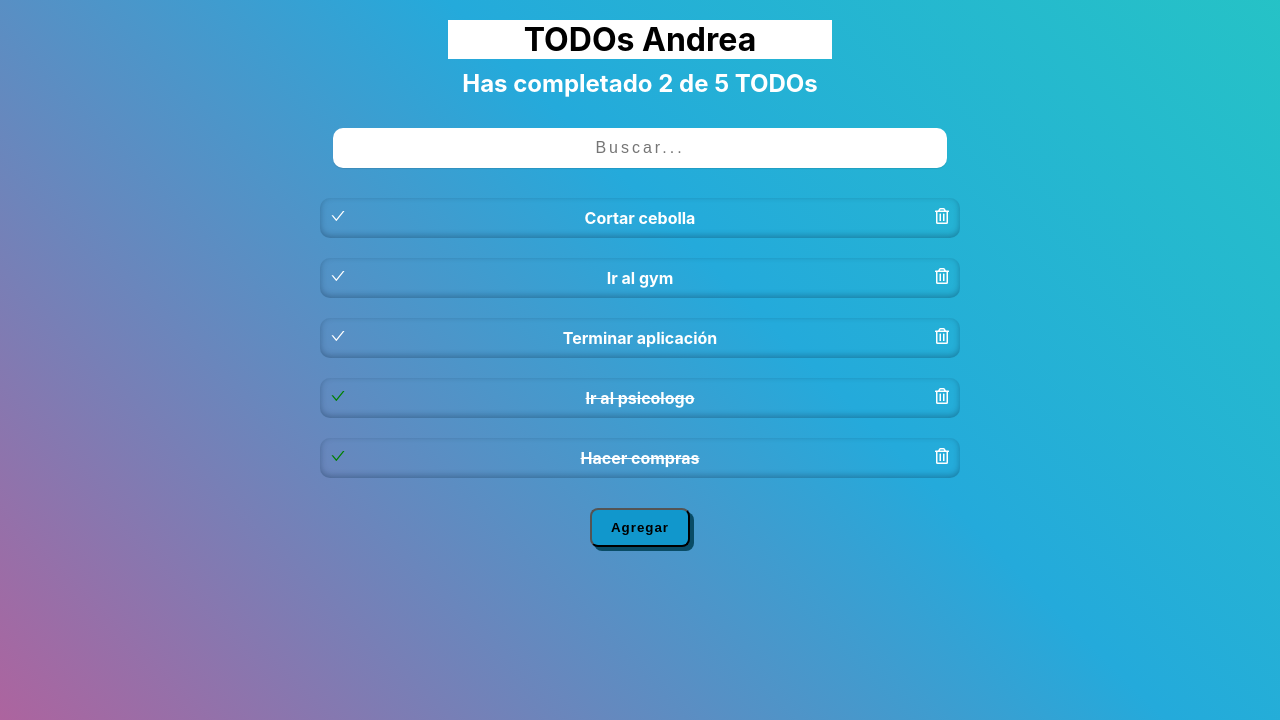
Repository: Pandrea-hub/TODOs
Page: /
The author's editor kept a copy of each file at every save. The page is drawn from the files as they stood at one save, then again after a run of saves.
The browser window is 1280 px wide. The pictures show the whole page.
The project was rebuilt for these pictures with package versions that can differ from the ones it lists, and the page was loaded fresh each time. Also part of the build but not shown: src/components/todoList/TodoList.css.

Above is the page before, as saved 2022-06-08 06:12:41.

After the next 3 saves:
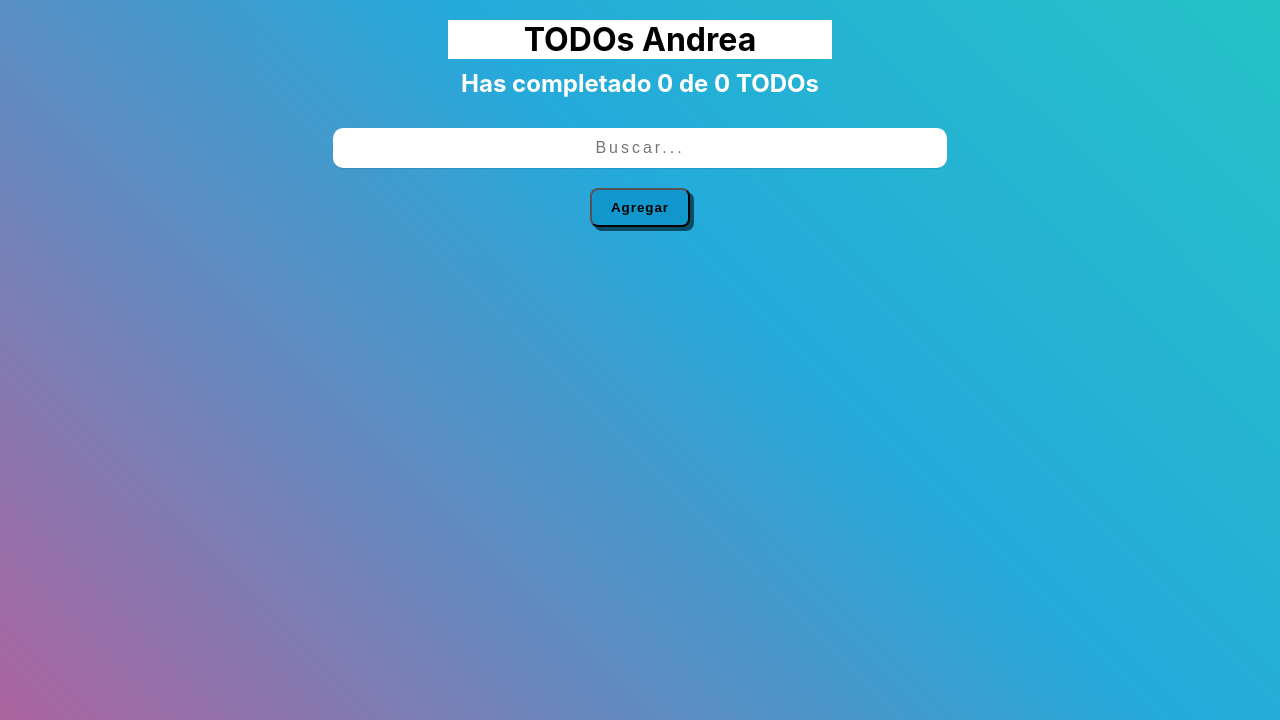
The 3 saves are shown as one change because 2 did not build or start.
The last was saved 43 min 31 s later.
--- a/src/App.js
+++ b/src/App.js
@@ -6,7 +6,7 @@ import { CreateTodoButton } from './components/createTodoButton/CreateTodoButton
 import { TodoList } from './components/todoList/TodoList';
 import { TodoSearch } from './components/todoSearch/TodoSearch';
 
-
+/*
 const defaultTodos = [
   {text: 'Cortar cebolla',completed: false},
   {text: 'Ir al gym',completed: false},
@@ -14,11 +14,21 @@ const defaultTodos = [
   {text: 'Ir al psicologo', completed:true},
   {text: 'Hacer compras', completed:true},
 ]
+*/
+
+function App() {
+  const localStorageTodos = localStorage.getItem('TODOS_V1');
+  let parsedTodos;
+
+  if(!localStorageTodos){
+    parsedTodos =[];
+  }else{
+    parsedTodos = JSON.parse(localStorageTodos);
+  }
 
 
-function App() {
   const [searchValue, setSearchValue] = useState('');
-  const [todos, setTodos] = useState(defaultTodos);
+  const [todos, setTodos] = useState(parsedTodos);
 
 
   const completedTodos = todos.filter(todo => todo.completed).length;
